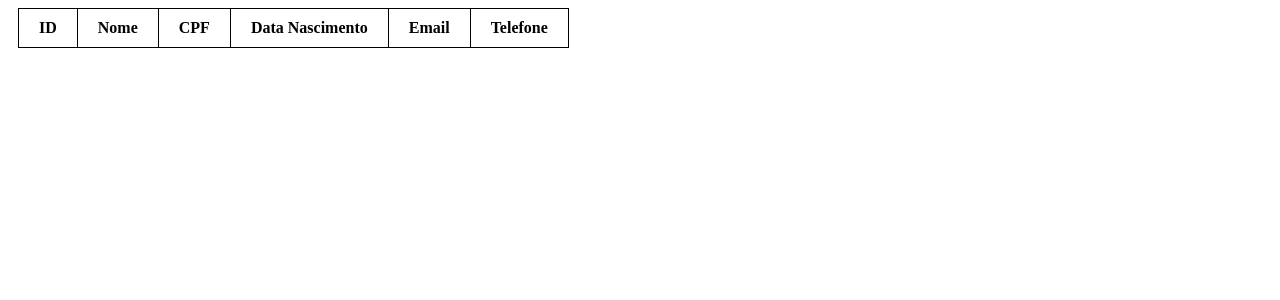
Repository: ujota/crud-cliente
Page: api-clientes/front/html/cliente.html
These files come from the project's save history. The page is drawn as it stood at one moment and after the next save; the edit follows.
The browser window is 1280 px wide. The pictures show the whole page.
The page's requests for data from a server got no answer.

Above is the page before, as saved 2022-10-03 04:13:05.

After the next save:
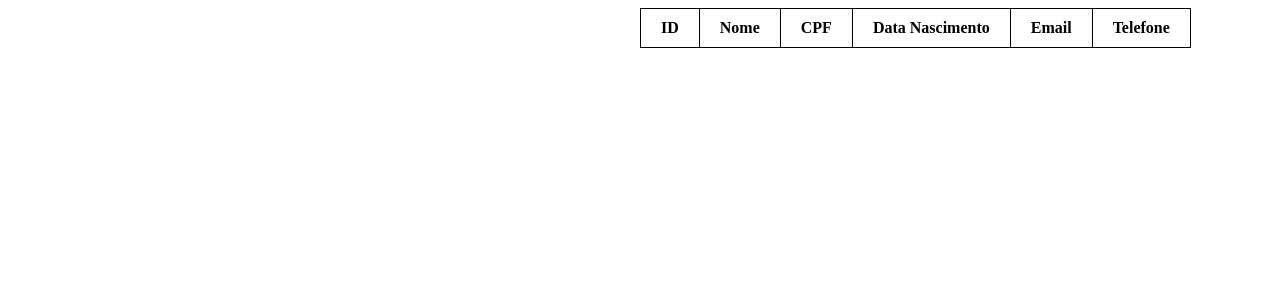
Saved 9 s later.
--- a/api-clientes/front/css/cliente.css
+++ b/api-clientes/front/css/cliente.css
@@ -1,5 +1,5 @@
 table{
-	margin-left: 10px;
+	margin-left: 50%;
     border-collapse: collapse;
     border-spacing: 0;
 }
